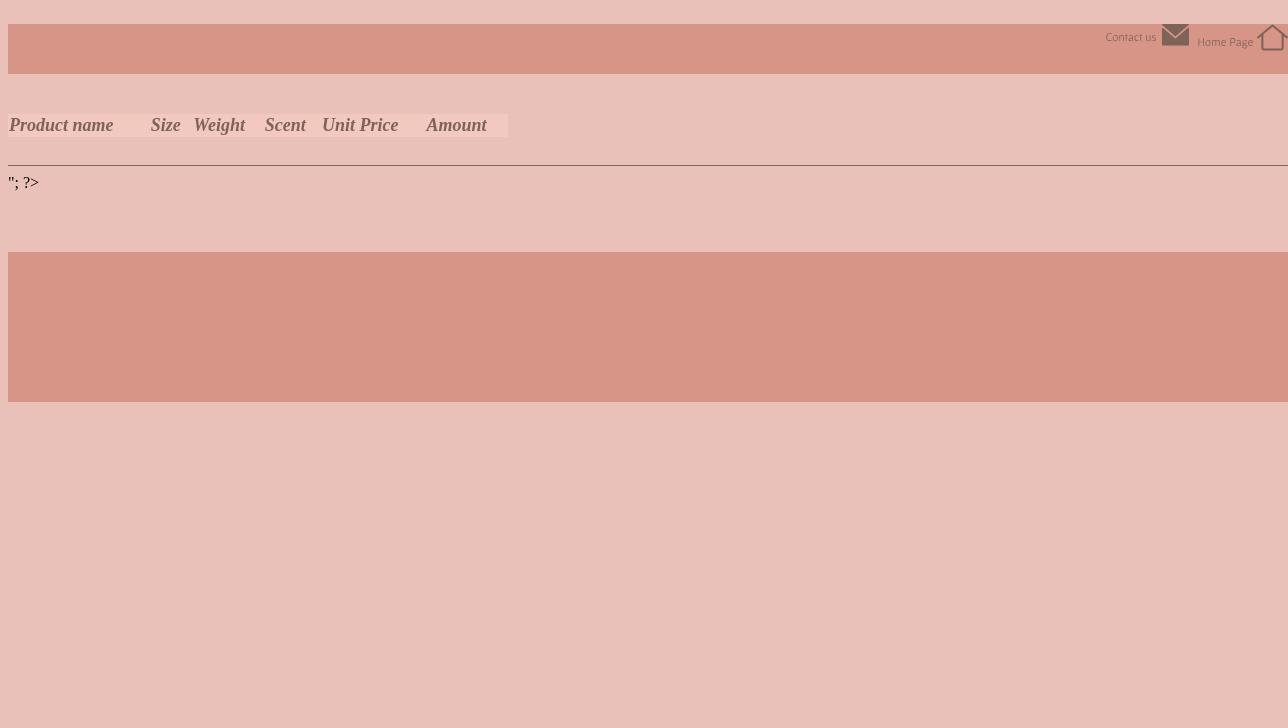
Repository: moezoobi/learning
Page: cart.html
The author's editor kept a record of every edit. The page is drawn from the files as they stood at one moment, then again after the next edit.
The browser window is 1280 px wide. The page is 1288 px wide, so the pictures cover 1288 px, including what lies to the right of the window. The pictures show the whole page.

Above is the page before.

### cart.html
<!DOCTYPE html>
<html>
    <head>
        <script src="https://ajax.googleapis.com/ajax/libs/jquery/3.6.0/jquery.min.js"></script>


        <title> Cart page</title>
        <link rel="stylesheet" href="main_styles.css" type="text/css" />
    </head>
    <body id = "main_page">
        <div id="dd">
            <p id = "gg"></p>
        </div>
        <script type="text/javascript" >
                   $.post('cart.php', function(data, status, xhr)
                {
                    //$("#pro_desc_table").html(data);
                    var a = data;
                    console.log(a);
                    $("#gg").html(data);


                }
                );

                $("#gg").load("cart.php");

        </script>
    </body>
</html>

### main_styles.css
/**************** not sure yet ******************/
h1,table,td{
    color: rgb(40, 42, 53);
    font-style: normal;
    font-size: x-large;
}
ul{
    list-style-type: none;
}
body{   background-color: rgb(233, 193, 184);
}

table,td{
    color: rgb(125, 99, 88);
    font-style: oblique;
     font-size: x-large;
}
table img{
    box-shadow: 0px 0px 30px rgb(125, 99, 88);
}
.left{
   font-weight: bold;
   font-size: x-large;
}
/***************end of not sure yet***********/


/*********************************** main page css *****************************/

/*the body element of the main scenttopia pahe */
#main_page{
   position:absolute;
   width: 100%;
   height: 100%;
   top:0%;
   left:0%;

   background-color: rgb(233, 193, 184);
}

#main_page{
   position:absolute;
   width: 100%;
   top:0%;
   left:0%;

   background-color: rgb(233, 193, 184);
}

/*********************************** end of main page css **********************/

/***************** cross section css **********************/
.headings
{
    color: rgb(125, 99, 88);
    font-style: oblique;
     font-size: x-large;
   background-color: rgb(214, 149, 134);
}

/****************** end of cross section css **************/

/* footer section css*/
.footer {
   background-color: rgb(214, 149, 134);
   width: 100%;
   height: 150px;
   bottom:0%;
       clear: both;

}

/*header sections css*/
.header {
   background-color: rgb(214, 149, 134);
   width: 100%;
   height: 50px;
   bottom:0%;

}

.footer_icons_2
{
    padding: 10px;
    margin: 0;
}

/*main mapge logo image */
.center {
  display: block;
  margin-left: auto;
  margin-right: auto;
}

/*********************** chosen product css ******************************/
.selection
{
    background-color: rgb(233, 193, 184);


}
.buttons
{
        background-color: rgb(233, 193, 184);

}
.buttons:hover
{
        background-color: rgb(233, 193, 184);

}

}


#df, .menu_pics
{
      transition: transform .2s; /* Animation */

}
#df:hover, .menu_pics:hover
{
      transform: scale(1.5); /* (150% zoom - Note: if the zoom is too large, it will go outside of the viewport) */

}
#addToCart :hover
{
    cursor: pointer;
}


/* second page drop down candle sizes*/
/* spacer div between sections*/
.spacer_div
{
     width: 100%;
   height: 60px;
   bottom:0%;
}
.candle_sizes
{
   margin: auto;
  color: rgb(125, 99, 88);
    font-style: normal;
    font-size: medium;
    outline-color: rgb(214, 149, 134);
   background-color: rgb(233, 193, 184);

}
#divDesc
{
   margin: auto;
  width: 50%;

}
#namest
{
   margin: auto;
  width: 50%;
  color: rgb(125, 99, 88);
    font-style: oblique;

}
#main_section_product
{
    /*display: flex;*/
    margin: 0 auto;
  display: flex;
  justify-content: center;

}


#product_description
{


    vertical-align:top;


   display: inline-block;
   text-align: center;
  height: 500px;
    width: 500px;
    padding: 0px;

}
.product_description_body
{
    position: relative;
    top:-20px;
    left:0px;
    width: 500px;

    color: rgb(125, 99, 88);
    font-style: normal;
    font-size: normal;
    background-color: rgb(242, 200, 191);



}
#sizes_menu
{
     position: relative;
    top:-20px;
    left:0px;
   margin: auto;
  /*width: 50%;*/
  width: 500px;
  color: rgb(125, 99, 88);
    font-style: normal;
    background-color: rgb(233, 193, 184);
text-align: left;

}
#noSize
{
     font-style:normal;
    font-size: medium;
    font-stretch: condensed;
    font-weight: 100;
}



#scent_summary
{
    font-size: medium;
    font-style: normal;
    text-align: left;
        color: rgb(125, 99, 88);


      text-justify: inter-word;

}
.breakers
{
    height: 1px;
    background-color: rgb(125, 99, 88);
    border: none;
}
.lefters
{
     text-align: left;
    font-style: normal;
    font-size: medium;
    font-weight: bold;
    padding-left: 10px;
    color: rgb(125, 99, 88);



}
.lefters_2
{
    font-style: normal;
    font-size: medium;
    font-weight: bold;
    color: rgb(125, 99, 88);



}
.scent_profile
{
    text-justify: inter-word;
}
.righters
{
    font-size: medium;
    font-style: normal;
    text-align: center;
        color: rgb(125, 99, 88);

}
#notes
{
    text-align: left;
    list-style-type: circle;
}
#product_display
{

    vertical-align: top;
    display: inline-block;
    height: relative;
    width: 500px;
    padding: 20px;

}
#image_and_name
{
    /*
     width: 50%;
   height: 100%;
   left: 0%;
   display: inline-block
   */

}

/*********************** end of chosen products css ***********************/


/******************* old css  *******************************************/
#left_frame{
   position:absolute;
   width: 100%;
   height: 100%;
   top:0%;
   left:0%;

   background-color: rgb(233, 193, 184);
}


#top_right_frame{
   position:absolute;
   width: 50%;
   height: 50%;
   top:0%;
   right:0%;
   background-color: rgb(233, 193, 184);
}

#bottom_right_frame{
   position:absolute;
   width: 50%;
   height: 50%;
   bottom:0%;
   right:0%;
   background-color: rgb(233, 193, 184);
}
#confirmation_heading
{
      font-weight: bold;
    font-size: large;
    font-style: normal;
}

.top{
    font-weight: bold;
    font-size: large;
}
.top_checkout,.price_final
{
     font-weight: bold;
    font-size: medium;
    font-style: normal;
}
.bottom_checkout
{
    font-size: medium;
}
.bottom{
    font-size: medium;
}
.camilla
{
    width: 250px;
}
.vargas{
     font-style: normal;
     font-weight: bold;
   font-size: medium;
}

#subBtn,#clearBtn,#checkOutBtn,#purchase_btn
{
    background-color: rgb(250, 225, 44);
    font-weight: bold;
}

h3,h6
{
    display: none;
}
#clear{
    float: left;
    margin-left: 50px;

}
#checkout{
    float: left;
        margin-left: 50px;

}
#checkOutTable
{
    width: 60%;

       font-style: normal;
   font-size: medium;


}
#cartSumm
{
      font-style: normal;
     font-weight: bold;
   font-size: medium;


}
/******************* end ofv old css  *******************************************/

After the next edit:
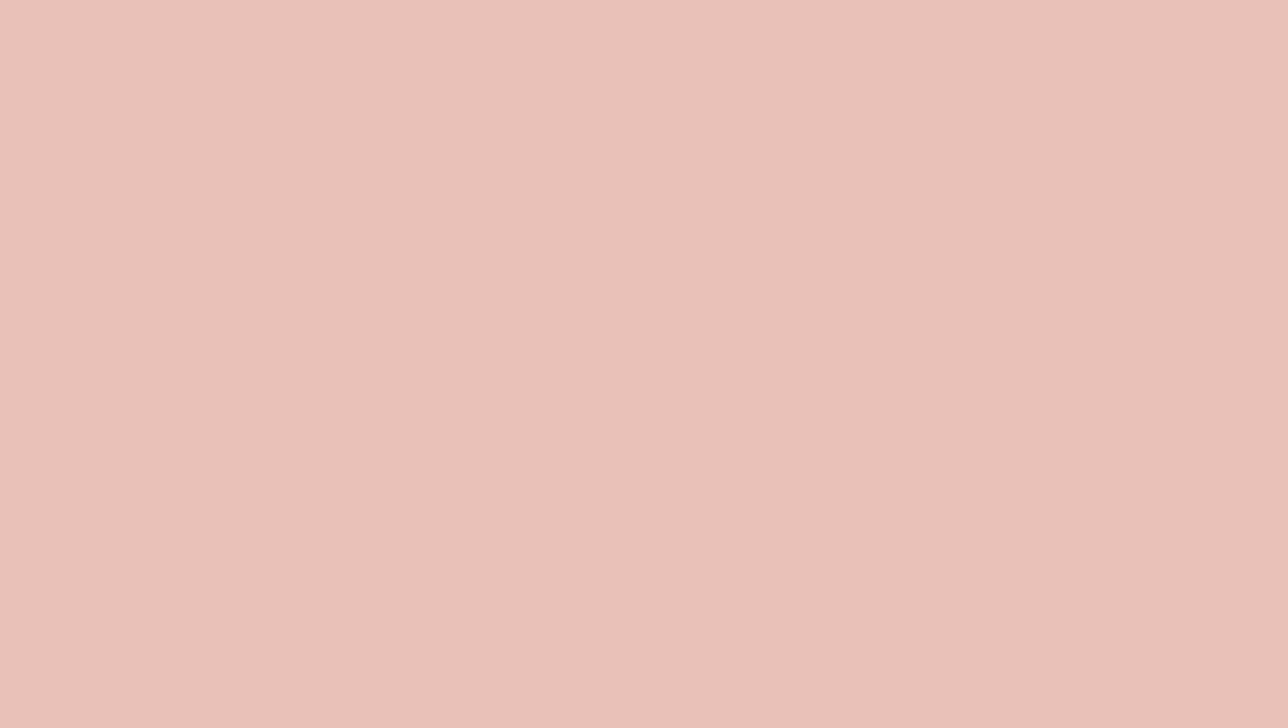
Console error: SyntaxError: Invalid or unexpected token
The edit:
--- a/cart.html
+++ b/cart.html
@@ -12,6 +12,7 @@
             <p id = "gg"></p>
         </div>
         <script type="text/javascript" >
+        /*
                    $.post('cart.php', function(data, status, xhr)
                 {
                     //$("#pro_desc_table").html(data);

After the 4 edits that followed:
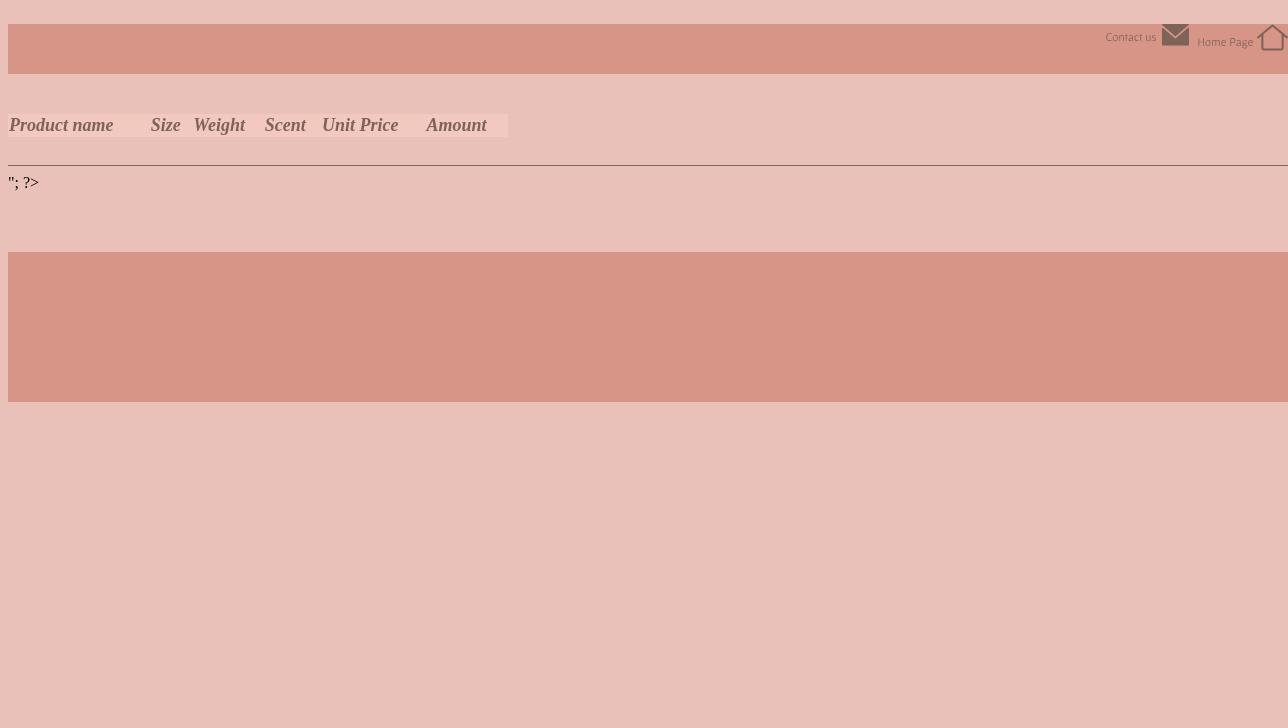
The error is gone.
The 4 edits are shown as one change because 3 left the picture as it was.
The edit:
--- a/cart.html
+++ b/cart.html
@@ -12,7 +12,7 @@
             <p id = "gg"></p>
         </div>
         <script type="text/javascript" >
-        /*
+
                    $.post('cart.php', function(data, status, xhr)
                 {
                     //$("#pro_desc_table").html(data);
@@ -24,7 +24,9 @@
                 }
                 );
 
+
                 $("#gg").load("cart.php");
+
 
         </script>
     </body>
